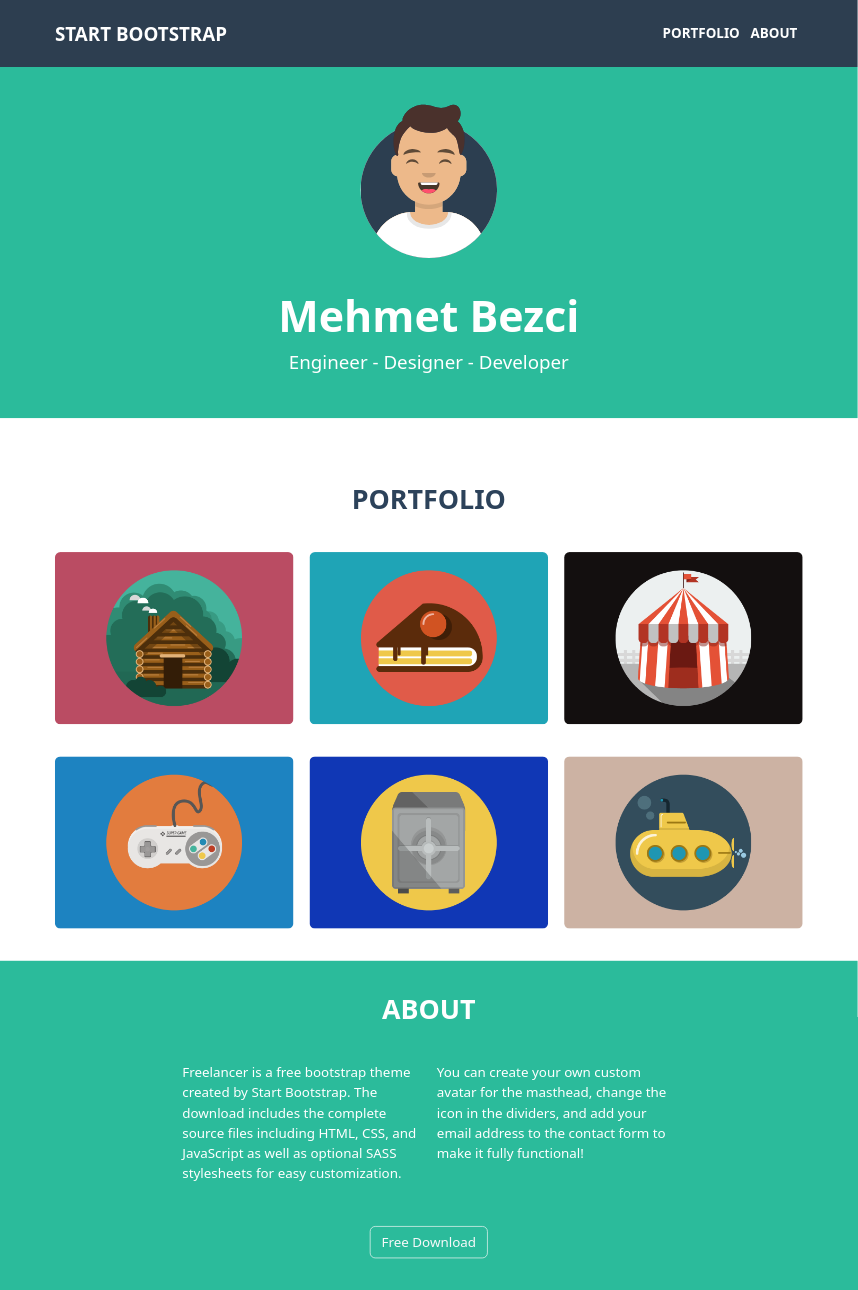
Repository: 7JaxeN7/WT-1255P-Mehmet_BEZC-
Page: index.html
These files come from the project's save history. The page is drawn as it stood at one moment and after the next save; the edit follows.
The browser window is 1280 px wide. The pictures show the whole page, at 67% of full size.

Above is the page before, as saved 2025-01-06 22:16:52.

After the next save:
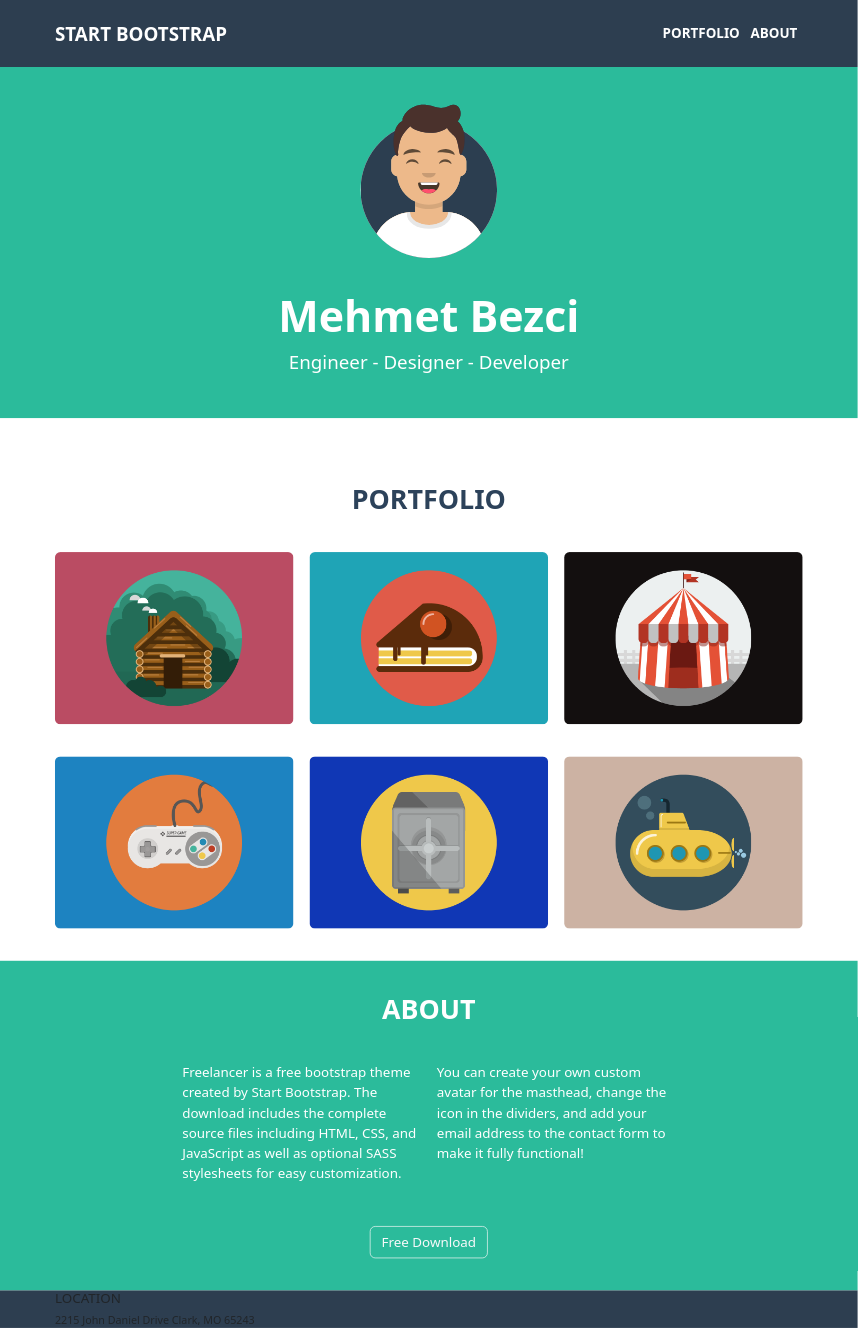
Saved 5 min 28 s later.
--- a/index.html
+++ b/index.html
@@ -90,6 +90,20 @@
       </div>
     </div>
   </div>
+  <!-- Footer -->
+   <footer>
+    <div class="footer-section">
+      <div class="container">
+        <div class="col-lg-4">
+          <h5>LOCATION</h5>
+          <p>2215 John Daniel Drive
+            Clark, MO 65243</p>
+        </div>
+        <div class="col-lg-4"></div>
+        <div class="col-lg-4"></div>
+      </div>
+    </div>
+   </footer>
   <!-- Burası bootstrap script kısmı -->
   <script src="https://cdn.jsdelivr.net/npm/bootstrap@5.3.3/dist/js/bootstrap.bundle.min.js"
     integrity="sha384-YvpcrYf0tY3lHB60NNkmXc5s9fDVZLESaAA55NDzOxhy9GkcIdslK1eN7N6jIeHz"
